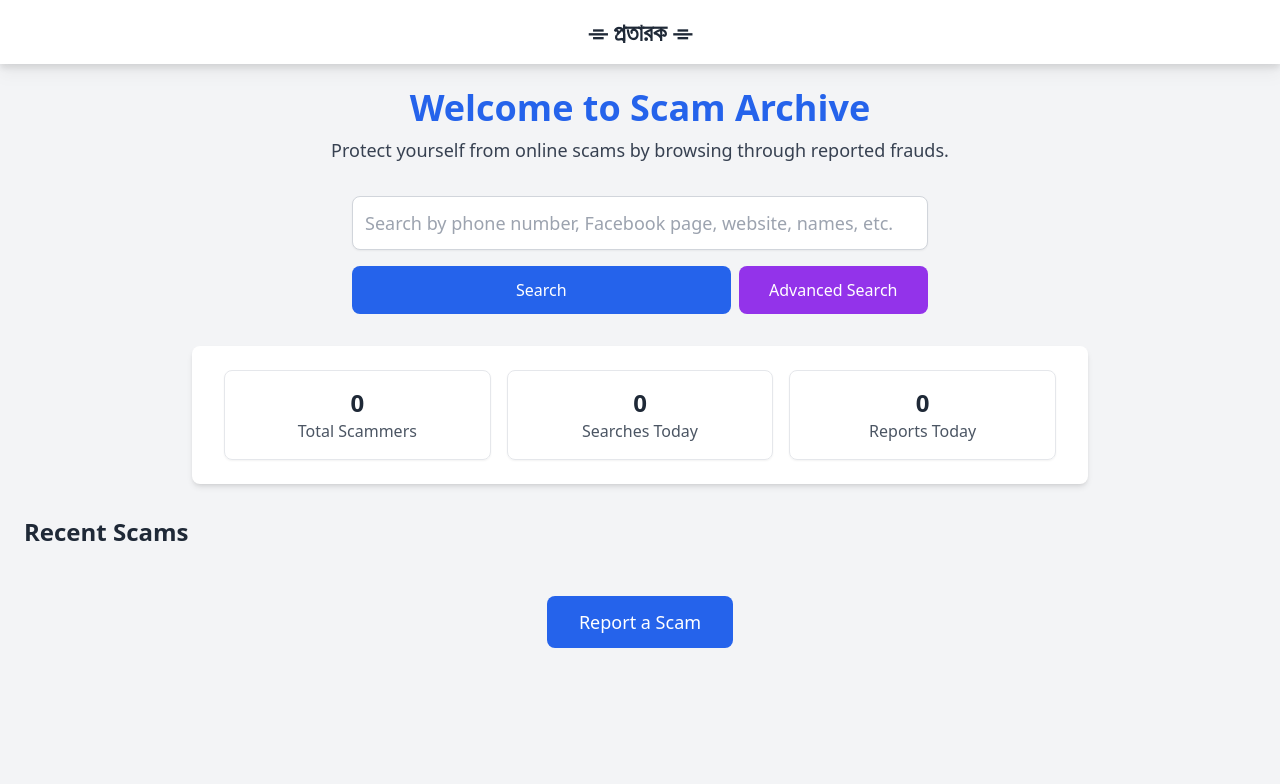
Repository: dev-athar/protarok
Page: /
An editor plug-in stored every save of this project. The page is shown before and after the next save, followed by the edit.
The browser window is 1280 px wide. The pictures show the whole page.
The page's requests for data from a server got no answer. The project was rebuilt for these pictures with package versions that can differ from the ones it lists, and the page was loaded fresh each time. No one was signed in, and anything a server would have sent is missing. Also part of the build but not shown: vite.config.ts, src/pages/SubmitScamPage.tsx, src/pages/ImageUploader.tsx, src/pages/AdvancedSearchPage.tsx, src/pages/ResultCard.tsx, src/pages/SearchPage.tsx, src/pages/ImageSection.tsx, src/pages/ScamDetailPage.tsx and 2 more.

Above is the page before, as saved 2025-01-02 15:25:06.

### src/main.tsx
import { StrictMode } from "react";
import { createRoot } from "react-dom/client";
import "./index.css";
// import "./styles.css";
import App from "./App.tsx";

createRoot(document.getElementById("root")!).render(
  <StrictMode>
    <App />
  </StrictMode>
);

### src/App.tsx
// src/App.js
import { BrowserRouter as Router, Routes, Route } from "react-router-dom";
import HomePage from "./pages/HomePage";
import SubmitScamPage from "./pages/SubmitScamPage";
import ImageUploader from "./pages/ImageUploader";
import AdvancedSearchPage from "./pages/AdvancedSearchPage";
import SearchPage from "./pages/SearchPage";
import ScamDetailPage from "./pages/ScamDetailPage";
import Navbar from "./pages/Navbar";
import AdminDashboard from "./pages/AdminDashboard";

function App() {
  return (
    <Router>
      <Navbar /> {/* Add Navbar component here */}
      <Routes>
        <Route path="/" element={<HomePage />} />
        <Route path="/search" element={<SearchPage />} />
        <Route path="/advanced-search" element={<AdvancedSearchPage />} />
        <Route path="/submit-scam" element={<SubmitScamPage />} />
        <Route path="/test" element={<ImageUploader />} />
        <Route path="/scam-detail/:id" element={<ScamDetailPage />} />
        <Route path="/admin" element={<AdminDashboard />} />
      </Routes>
    </Router>
  );
}

export default App;

### src/pages/HomePage.tsx
// src/pages/HomePage.js
import { useEffect, useState } from "react";
import { useNavigate } from "react-router-dom";
import RecentScamsList from "./RecentScamsList";
import SearchBar from "./SearchBar";
import Counter from "./Counter";
import { supabase } from "../supabase";

function HomePage() {
  const [searchTerm, setSearchTerm] = useState("");
  const navigate = useNavigate();

  const [stats, setStats] = useState({
    totalScammers: 0,
    totalSearchesToday: 0,
    totalReportsToday: 0,
  });

  const handleSearch = (newSearchTerm) => {
    if (newSearchTerm.trim() !== "") {
      setSearchTerm(newSearchTerm); // Update searchTerm state
      navigate(`/search?query=${encodeURIComponent(newSearchTerm)}`);
    }
  };

  useEffect(() => {
    const fetchStats = async () => {
      try {
        // Fetch total scammers count
        const { data: scammersData, error: scammersError } = await supabase
          .from("public_reports")
          .select("id", { count: "exact" }); // Assuming 'id' is the primary key

        if (scammersError) {
          throw scammersError;
        }

        // Fetch total reports today
        const todayStart = new Date().setHours(0, 0, 0, 0); // Midnight of today
        const tomorrowStart = new Date().setHours(24, 0, 0, 0); // Midnight of tomorrow

        const { data: reportsData, error: reportsError } = await supabase
          .from("public_reports")
          .select("id")
          .gte("approvedAt", new Date(todayStart).toISOString()) // Start of today
          .lt("approvedAt", new Date(tomorrowStart).toISOString()); // Start of tomorrow

        if (reportsError) {
          throw reportsError;
        }

        // Fetch total search count
        // const { data: searchesData, error: searchedError } = await supabase
        //   .from("edge_logs")
        //   .select("*") // Select only 'method' from 'request' in 'metadata'
        //   .eq("metadata.request.method", "GET");

        // console.log(searchesData);
        // if (searchedError) {
        //   throw searchedError;
        // }

        // log explorer query
        // select count(*) as fetch_request_count
        // from edge_logs as t
        // cross join unnest(t.metadata) as m
        // cross join unnest(m.request) as r
        // where r.method = 'GET';

        setStats({
          totalScammers: scammersData.length, // Or you can use scammersData.count if needed
          totalReportsToday: reportsData.length,
          totalSearchesToday: 112, // You will need to implement logic for this if needed
        });
      } catch (error) {
        console.error("Error fetching stats:", error);
      }
    };

    fetchStats();
  }, []);

  return (
    <div className="min-h-screen bg-gray-100 p-6">
      {/* Header */}
      <header className="text-center mb-8">
        <h1 className="text-4xl font-bold text-blue-600">
          Welcome to Scam Archive
        </h1>
        <p className="text-lg text-gray-700 mt-2">
          Protect yourself from online scams by browsing through reported
          frauds.
        </p>
      </header>

      {/* Pass searchTerm to SearchBar */}
      <SearchBar onSearch={handleSearch} initialQuery={searchTerm} />

      {/* Search Bar */}
      {/* <div className="max-w-xl mx-auto mb-8">
        <input
          type="text"
          className="w-full p-3 text-lg border border-gray-300 rounded-lg shadow-sm focus:outline-none focus:ring-2 focus:ring-blue-500"
          placeholder="Search by phone number, Facebook page, website, etc."
          value={searchTerm}
          onChange={(e) => setSearchTerm(e.target.value)}
          onKeyDown={(e) => e.key === "Enter" && handleSearch()}
        />
        <button
          onClick={handleSearch}
          className="mt-4 w-full bg-blue-600 text-white py-3 px-4 rounded-lg hover:bg-blue-700 transition duration-300"
        >
          Search
        </button>
      </div> */}

      {/* Counters Section */}
      <section className="max-w-4xl mx-auto bg-white p-6 rounded-lg shadow-md mb-8">
        <div className="flex justify-around items-center text-center">
          {/* Use the Counter component */}
          <Counter label="Total Scammers" value={stats.totalScammers} />
          <Counter label="Searches Today" value={stats.totalSearchesToday} />
          <Counter label="Reports Today" value={stats.totalReportsToday} />
        </div>
      </section>
      {/* <section className="max-w-4xl mx-auto bg-white p-6 rounded-lg shadow-md mb-8">
        <div className="flex justify-around items-center text-center">
          <div className="flex-1 p-4 mx-2 border rounded-lg shadow-sm">
            <h3 className="text-2xl font-bold text-gray-800">
              {stats.totalScammers}
            </h3>
            <p className="text-gray-600">Total Scammers</p>
          </div>
          <div className="flex-1 p-4 mx-2 border rounded-lg shadow-sm">
            <h3 className="text-2xl font-bold text-gray-800">
              {stats.totalSearchesToday}
            </h3>
            <p className="text-gray-600">Searches Today</p>
          </div>
          <div className="flex-1 p-4 mx-2 border rounded-lg shadow-sm">
            <h3 className="text-2xl font-bold text-gray-800">
              {stats.totalReportsToday}
            </h3>
            <p className="text-gray-600">Reports Today</p>
          </div>
        </div>
      </section> */}

      {/* Recent Scams List */}
      <RecentScamsList />

      {/* Report Scam Button */}
      <div className="text-center mb-8">
        <a
          href="/submit-scam"
          className="inline-block bg-blue-600 text-white py-3 px-8 rounded-lg text-lg hover:bg-blue-700 transition duration-300"
        >
          Report a Scam
        </a>
      </div>

      {/* Login Button */}
      {/* <div className="text-center">
        <a
          href="/login"
          className="inline-block bg-green-600 text-white py-3 px-8 rounded-lg text-lg hover:bg-green-700 transition duration-300"
        >
          Log In
        </a>
      </div> */}
    </div>
  );
}

export default HomePage;

### src/pages/Navbar.tsx
// src/components/Navbar.js
import React from "react";
import { Link } from "react-router-dom";

const Navbar = () => {
  return (
    <div className="w-full h-16  bg-white flex justify-center items-center drop-shadow-lg transition-shadow duration-300">
      <Link
        to="/"
        className="text-gray-800 text-2xl font-semibold hover:text-gray-600"
      >
        &#9007; প্রতারক &#9007;
      </Link>
    </div>
  );
};

export default Navbar;

### src/pages/RecentScamsList.tsx
import { supabase } from "../supabase"; // Ensure you have a supabase.js file exporting the initialized client
import { useEffect, useState } from "react";
import { useNavigate } from "react-router-dom"; // Import useNavigate

const RecentScamsList = () => {
  const [recentScams, setRecentScams] = useState([]);
  const [loading, setLoading] = useState(true);
  const navigate = useNavigate(); // Initialize navigate

  const fetchRecentScams = async () => {
    try {
      const { data, error } = await supabase
        .from("public_reports") // Ensure this matches your new table name
        .select("id, scamProfileName, scamAmount, description, dateOfScam") // Update to match new column names
        .order("dateOfScam", { ascending: false }) // Update to match new sorting logic if needed
        .limit(6); // Adjust the number as needed

      if (error) throw error;
      console.log("Scam list:", data);
      return data;
    } catch (error) {
      console.error("Error fetching recent scams:", error);
      return [];
    }
  };

  useEffect(() => {
    const loadRecentScams = async () => {
      const scams = await fetchRecentScams();
      setRecentScams(scams);
      setLoading(false);
    };

    loadRecentScams();
  }, []); // Empty dependency array means this runs only once when the component is mounted.

  // Function to handle clicking on a scam item
  const handleScamClick = (id) => {
    navigate(`/scam-detail/${id}`); // Navigate to the scam detail page
  };

  return (
    <section className="mb-8">
      <h2 className="text-2xl font-semibold text-gray-800 mb-4">
        Recent Scams
      </h2>
      {loading ? (
        <p className="text-gray-600">Loading...</p>
      ) : (
        <div className="grid grid-cols-1 md:grid-cols-2 lg:grid-cols-3 gap-6">
          {recentScams.map((scam) => (
            <div
              key={scam.id}
              className="bg-white p-4 rounded-lg shadow-lg hover:shadow-xl transition duration-200 cursor-pointer"
              onClick={() => handleScamClick(scam.id)} // Add onClick event
            >
              <h3 className="text-xl font-semibold text-gray-900">
                {scam.scamProfileName}{" "}
                {/* Adjust if the column name has changed */}
              </h3>
              <p className="text-red-600 font-bold mt-2">
                Tk {scam.scamAmount}{" "}
                {/* Adjust if the column name has changed */}
              </p>
              <p className="text-gray-600 mt-2">
                {scam.description} {/* Adjust if the column name has changed */}
              </p>
            </div>
          ))}
        </div>
      )}
    </section>
  );
};

export default RecentScamsList;

### src/pages/SearchBar.tsx
// src/components/SearchBar.js
import { useState, useEffect } from "react";
import { useNavigate } from "react-router-dom";

function SearchBar({ initialQuery = "", onSearch }) {
  const [searchTerm, setSearchTerm] = useState(initialQuery);
  const navigate = useNavigate();

  useEffect(() => {
    setSearchTerm(initialQuery);
    console.log("initialQuery:", initialQuery);
  }, [initialQuery]);

  const handleSearch = () => {
    if (searchTerm.trim() !== "") {
      navigate(`/search?query=${encodeURIComponent(searchTerm)}`);
      if (onSearch) onSearch(searchTerm);
    }
  };

  const handleAdvancedSearch = () => {
    if (searchTerm.trim() !== "") {
      navigate(`/advanced-search?query=${encodeURIComponent(searchTerm)}`);
      if (onSearch) onSearch(searchTerm);
    }
  };

  return (
    <div className="max-w-xl mx-auto mb-8">
      <input
        type="text"
        className="w-full p-3 text-lg border border-gray-300 rounded-lg shadow-sm focus:outline-none focus:ring-2 focus:ring-blue-500"
        placeholder="Search by phone number, Facebook page, website, names, etc."
        value={searchTerm}
        onChange={(e) => setSearchTerm(e.target.value)}
        onKeyDown={(e) => e.key === "Enter" && handleSearch()}
      />
      <div className="flex justify-between items-center mt-4">
        <button
          onClick={handleSearch}
          className="w-2/3 bg-blue-600 text-white py-3 px-4 rounded-lg hover:bg-blue-700 transition duration-300 mr-2"
        >
          Search
        </button>
        <button
          onClick={handleAdvancedSearch}
          className="w-1/3 bg-purple-600 text-white py-3 px-4 rounded-lg hover:bg-purple-700 transition duration-300"
        >
          Advanced Search
        </button>
      </div>
    </div>
  );
}

export default SearchBar;

### src/pages/Counter.tsx
// src/components/Counter.js
function Counter({ label, value }) {
  return (
    <div className="flex-1 p-4 mx-2 border rounded-lg shadow-sm">
      <h3 className="text-2xl font-bold text-gray-800">{value}</h3>
      <p className="text-gray-600">{label}</p>
    </div>
  );
}

export default Counter;

### src/supabase.js
// src/supabase.js
import { createClient } from "@supabase/supabase-js";

// Replace with your Supabase project details
const SUPABASE_URL = "https://sifneaujnvssmmholqep.supabase.co";
const SUPABASE_ANON_KEY =
  "eyJhbGciOiJIUzI1NiIsInR5cCI6IkpXVCJ9.eyJpc3MiOiJzdXBhYmFzZSIsInJlZiI6InNpZm5lYXVqbnZzc21taG9scWVwIiwicm9sZSI6ImFub24iLCJpYXQiOjE3MzU1Nzg3OTYsImV4cCI6MjA1MTE1NDc5Nn0.zF7HMOg0-BrktsjLbYnVq5kqcp5-WHRwPWzEX9ggRew";

export const supabase = createClient(SUPABASE_URL, SUPABASE_ANON_KEY);

### tailwind.config.js
/** @type {import('tailwindcss').Config} */
// export default {
module.exports = {
  content: ["./index.html", "./src/**/*.{js,ts,jsx,tsx}"],
  theme: {
    extend: {},
  },
  plugins: [],
};

Loaded but not shown: index.html (common file); src/index.css (common file)

After the next save:
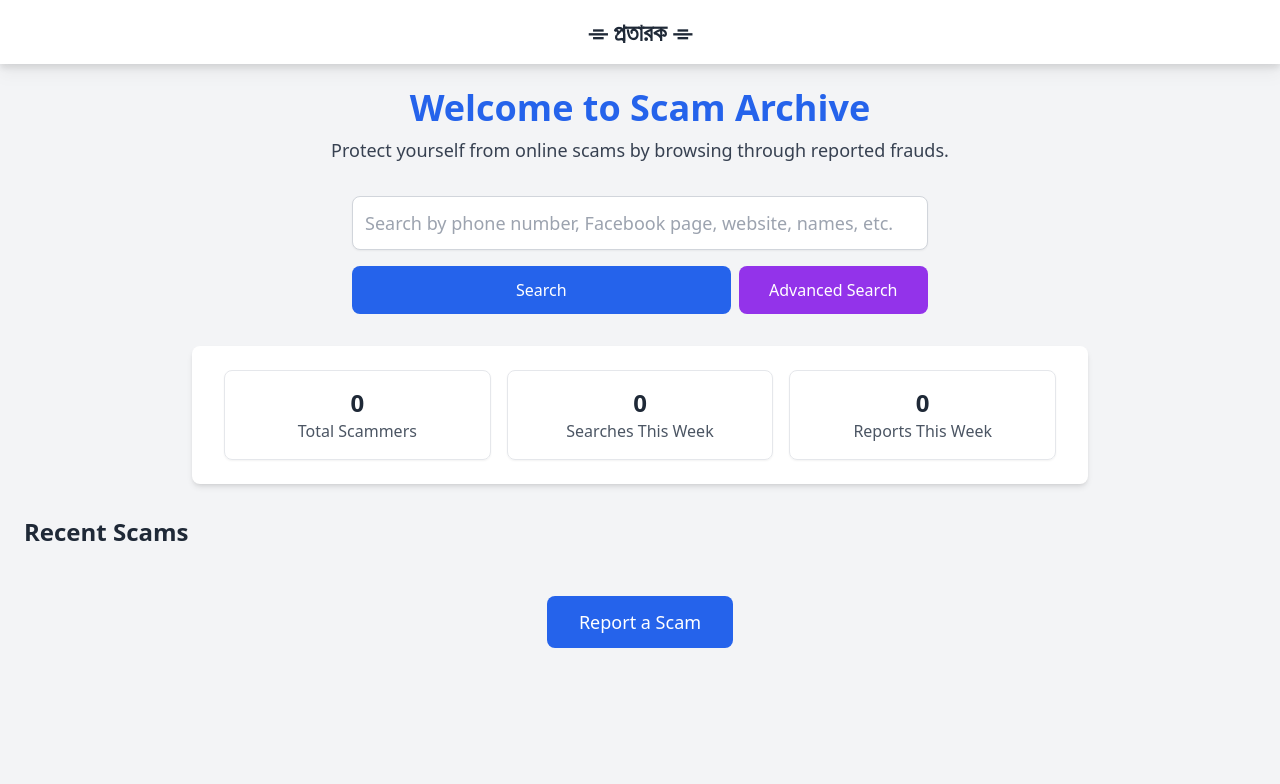
Saved 39 s later.
--- a/src/pages/HomePage.tsx
+++ b/src/pages/HomePage.tsx
@@ -119,8 +119,11 @@ function HomePage() {
         <div className="flex justify-around items-center text-center">
           {/* Use the Counter component */}
           <Counter label="Total Scammers" value={stats.totalScammers} />
-          <Counter label="Searches Today" value={stats.totalSearchesToday} />
-          <Counter label="Reports Today" value={stats.totalReportsToday} />
+          <Counter
+            label="Searches This Week"
+            value={stats.totalSearchesToday}
+          />
+          <Counter label="Reports This Week" value={stats.totalReportsToday} />
         </div>
       </section>
       {/* <section className="max-w-4xl mx-auto bg-white p-6 rounded-lg shadow-md mb-8">
